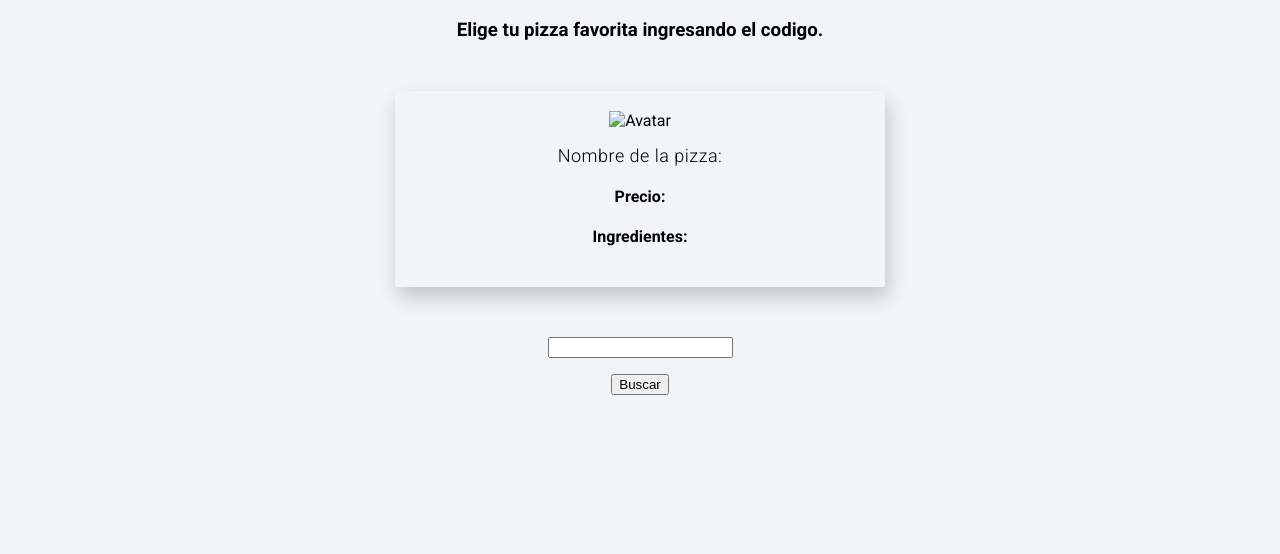
Repository: lucas-itup/E1-JAVASCRIPT
Page: index.html
An editor plug-in stored every save of this project. The page is shown before and after the next save, followed by the edit.
The browser window is 1280 px wide. The pictures show the whole page.
Some web libraries are served in a nearby version.

Above is the page before, as saved 2022-09-27 22:59:10.

After the next save:
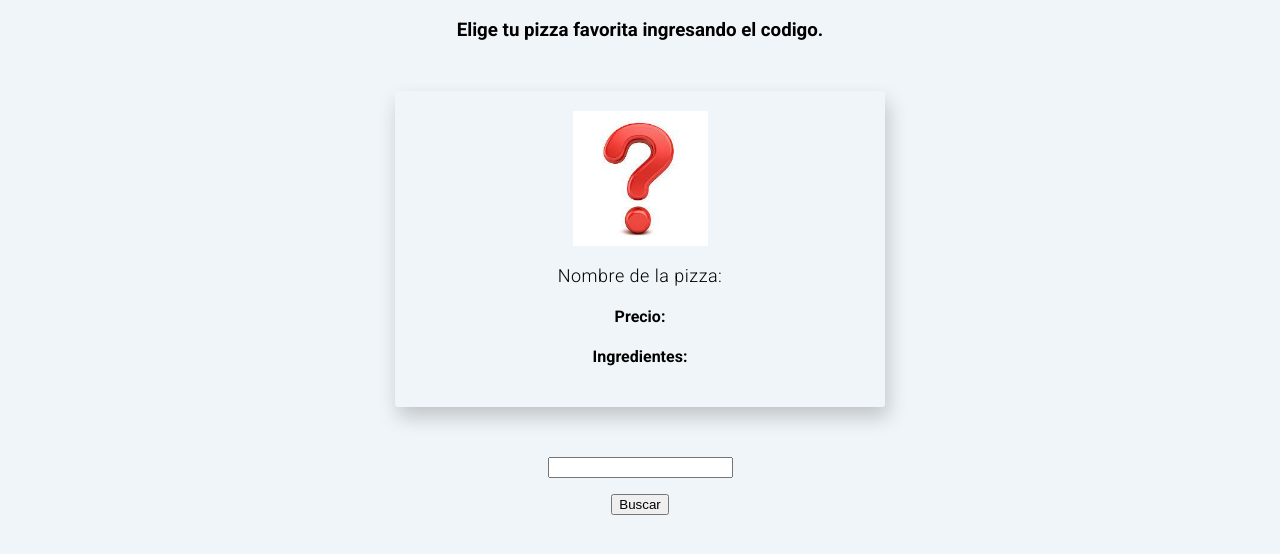
Saved 29 s later.
--- a/assets/index.js
+++ b/assets/index.js
@@ -14,11 +14,8 @@ window.onload = (event) => {
 
         imgPizza.setAttribute('src', localStorage.getItem("imagenPizza"));
     } else {
-        //Local storage is empty
+        imgPizza.setAttribute('src', '/img/descarga (4).jpg');
     }
-
-
-
 };
 let pizza1 = {
     id: '1',
